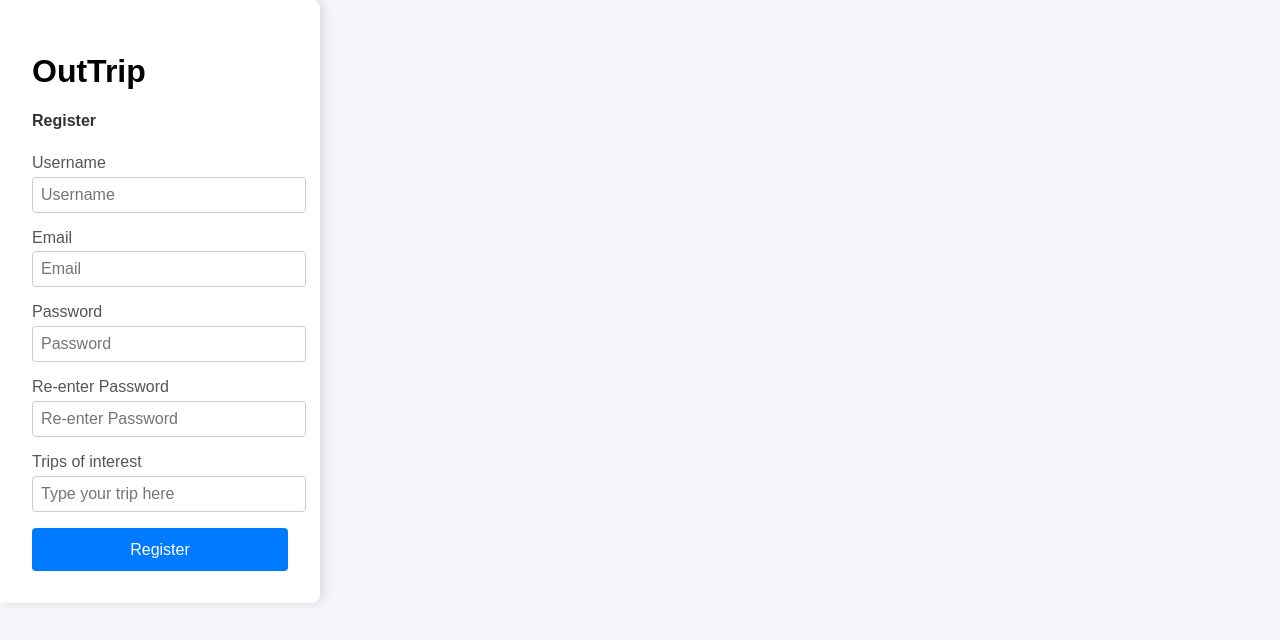
Repository: Nuttawut-Amattong/outtrip
Page: /register (app in OutTrip/)
The author's editor kept a copy of each file at every save. The page is drawn from the files as they stood at one save, then again after the next save.
The browser window is 1280 px wide. The pictures show the whole page.
The project was rebuilt for these pictures with package versions that can differ from the ones it lists, and the page was loaded fresh each time. Also part of the build but not shown: OutTrip/vite.config.js, OutTrip/src/pages/Login.jsx, OutTrip/src/pages/Forgetpass.jsx.

Above is the page before, as saved 2025-05-19 00:58:11.

### OutTrip/src/main.jsx
import { StrictMode } from 'react';
import { createRoot } from 'react-dom/client';
import { BrowserRouter, Routes, Route } from 'react-router-dom';
import Login from './pages/Login.jsx';
import Register from './pages/Register.jsx';
import Forgetpass from './pages/Forgetpass.jsx';

createRoot(document.getElementById('root')).render(
  <StrictMode>
    <BrowserRouter>
      <Routes>
        <Route path="/" element={<Login />} />
        <Route path="/register" element={<Register />} />
        <Route path="/forgot-password" element={<Forgetpass />} />
      </Routes>
    </BrowserRouter>
  </StrictMode>
);

### OutTrip/src/pages/Register.jsx
import React, { useState } from 'react';
import '../CSS/register.css';
const Register = () => {
    const [formData, setFormData] = useState({
        username: '',
        email: '',
        password: '',
        rePassword: '',
        trip: ''
    });

    const [error, setError] = useState('');

    const handleChange = (e) => {
        const { name, value } = e.target;
        setFormData({
            ...formData,
            [name]: value,
        });
        setError('');
    };

    const handleSubmit = (e) => {
        e.preventDefault();

        if (formData.password !== formData.rePassword) {
            setError('Passwords do not match');
            return;
        }

        console.log('Registering user:', formData);

    };

    return (
        <div className="register-container">
            <h1>OutTrip</h1>
            <h2>Register</h2>
            <form onSubmit={handleSubmit}>
                <div>
                    <label htmlFor="username">Username</label>
                    <input
                        type="text"
                        id="username"
                        name="username"
                        value={formData.username}
                        onChange={handleChange}
                        placeholder="Username"
                        required
                    />
                </div>
                <div>
                    <label htmlFor="email">Email</label>
                    <input
                        type="email"
                        id="email"
                        name="email"
                        value={formData.email}
                        onChange={handleChange}
                        placeholder="Email"
                        required
                    />
                </div>
                <div>
                    <label htmlFor="password">Password</label>
                    <input
                        type="password"
                        id="password"
                        name="password"
                        value={formData.password}
                        onChange={handleChange}
                        placeholder="Password"
                        required
                    />
                </div>
                <div>
                    <label htmlFor="rePassword">Re-enter Password</label>
                    <input
                        type="password"
                        id="rePassword"
                        name="rePassword"
                        placeholder="Re-enter Password"
                        value={formData.rePassword}
                        onChange={handleChange}
                        required
                    />
                </div>
                <div>
                    <label htmlFor="trip">Trips of interest</label>
                    <input
                        type="text"
                        id="trip"
                        name="trip"
                        value={formData.trip || ''}
                        onChange={(e) => setFormData({...formData, trip: e.target.value})}
                        placeholder="Type your trip here"
                        required
                    />
                </div>
                {error && <p style={{ color: 'red' }}>{error}</p>}  {/* แสดง error */}
                <button type="submit">Register</button>
            </form>
        </div>
    );
};

export default Register;

### OutTrip/src/CSS/login.css
body {
    font-family: Arial, sans-serif;
    margin: 0;
    padding: 0;
    background-color: #f4f4f9;
    display: block;
}

.login-container {
    background-color: #ffffff;
    padding: 2rem;
    border-radius: 0 8px 8px 0;
    box-shadow: 4px 0 10px rgba(0, 0, 0, 0.1);
    width: 100%;
    max-width: 320px;
    height: 100vh;
    box-sizing: border-box;
    position: fixed;
    left: 0;
    top: 0;
}

.login-container h1 {
    font-size: 1.8rem;
    margin-bottom: 1.5rem;
    color: #333333;
    text-align: center;
}

.login-container form {
    display: flex;
    flex-direction: column;
}

.login-container label {
    font-size: 0.9rem;
    margin-bottom: 0.5rem;
    color: #555555;
}

.login-container input[type="text"],
.login-container input[type="user"],
.login-container input[type="password"] {
    padding: 0.8rem;
    margin-bottom: 1rem;
    border: 1px solid #cccccc;
    border-radius: 4px;
    font-size: 1rem;
}

.login-container input[type="text"]:focus,
.login-container input[type="userl"]:focus,
.login-container input[type="password"]:focus {
    border-color: #007bff;
    outline: none;
}

.login-container button {
    padding: 0.8rem;
    background-color: #007bff;
    color: #ffffff;
    border: none;
    border-radius: 4px;
    font-size: 1rem;
    cursor: pointer;
    transition: background-color 0.3s ease;
}

.login-container button:hover {
    background-color: #0056b3;
}

.login-container .forgot-password {
    margin-top: 1rem;
    text-align: center;
}

.login-container .forgot-password a {
    color: #007bff;
    text-decoration: none;
    font-size: 0.9rem;
}

.login-container .forgot-password a:hover {
    text-decoration: underline;
}

.login-links {
    margin-top: 1rem;
    text-align: center;
    font-size: 0.85rem;
    color: #333333;
    display: flex;
    flex-direction: column;
    gap: 0.5rem;
}

.login-links a {
    color: inherit;
    text-decoration: none;
    cursor: pointer;
}

.login-links a:hover {
    text-decoration: underline;
}

### OutTrip/src/CSS/register.css
/* register.css */
body {
    font-family: Arial, sans-serif;
    margin: 0;
    padding: 0;
    background-color: #f4f4f9;
}

.register-container {
    background-color: #ffffff;
    padding: 2rem;
    border-radius: 0 8px 8px 0;
    box-shadow: 4px 0 10px rgba(0, 0, 0, 0.1);
    width: 100%;
    max-width: 320px;
    box-sizing: border-box;
    position: absolute;
    left: 0;
    top: 0;
}

.register-container h2 {
    font-size: 1rem;
    margin-bottom: 1.5rem;
    color: #333333;
    text-align: left; /* เปลี่ยนจาก center เป็น left */
    margin-left: 0;    /* ลบ margin ซ้ายถ้ามี */
}


.register-container form {
    display: flex;

    flex-direction: column;
}

.register-container label {
    font-size: 1rem;

    margin-bottom: 0.3rem;
    color: #555555;
    display: block;
}

.register-container input[type="text"],
.register-container input[type="email"],
.register-container input[type="password"] {
    padding: 0.5rem;
    margin-bottom: 1rem;
    border: 1px solid #cccccc;
    border-radius: 4px;
    font-size: 1rem;
    width: 100%;
}

.register-container input:focus {
    border-color: #007bff;
    outline: none;
}

.register-container button {
    padding: 0.8rem;
    background-color: #007bff;
    color: #ffffff;
    border: none;
    border-radius: 4px;
    font-size: 1rem;
    cursor: pointer;
    transition: background-color 0.3s ease;
}

.register-container button:hover {
    background-color: #0056b3;
}

.register-container p {
    font-size: 0.9rem;
    color: red;
    margin-top: -0.5rem;
    margin-bottom: 1rem;
}

### OutTrip/src/CSS/forgetpass.css
body {
    font-family: Arial, sans-serif;
    margin: 0;
    padding: 0;
    background-color: #f4f4f9;
    display: block;
}


.forgetpass-container {
    background-color: #ffffff;
    padding: 2rem;
    border-radius: 0 8px 8px 0;
    box-shadow: 4px 0 10px rgba(0, 0, 0, 0.1);
    width: 100%;
    max-width: 400px;
    height: 100vh;
    box-sizing: border-box;
    position: fixed;
    left: 0;
    top: 0;
}

.forgetpass-title {
    font-size: 1.5rem;
    font-weight: 600;
    color: #333;
    margin-bottom: 20px;
}

.forgetpass-form {
    width: 100%;
    display: flex;
    flex-direction: column;
}

.forgetpass-label {
    font-size: 0.9rem;
    color: #444;
    margin-bottom: 6px;
}

.forgetpass-input {
    padding: 10px;
    font-size: 1rem;
    border: 1px solid #ccc;
    border-radius: 5px;
    margin-bottom: 16px;
    outline: none;
    transition: border 0.2s;
}

.forgetpass-input:focus {
    border-color: #999;
}

.forgetpass-btn {
    background-color: #333;
    color: #fff;
    font-size: 1rem;
    font-weight: 500;
    border: none;
    border-radius: 5px;
    padding: 10px 0;
    cursor: pointer;
    transition: background-color 0.2s;
}

.forgetpass-btn:hover {
    background-color: #222;
}

.forgetpass-link {
    margin-top: 14px;
    font-size: 0.85rem;
    color: #666;
    text-align: center;
    text-decoration: none;
}

.forgetpass-link:hover {
    text-decoration: underline;
}

Loaded but not shown: OutTrip/index.html (common file)

After the next save:
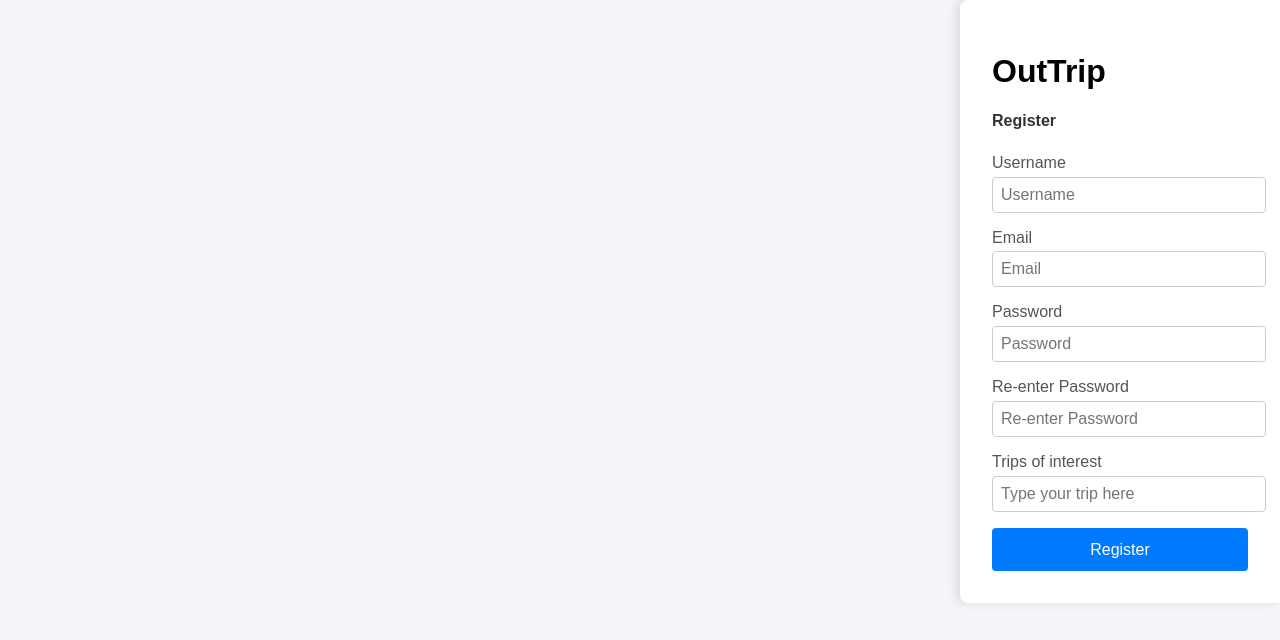
Saved 70 s later.
--- a/OutTrip/src/CSS/register.css
+++ b/OutTrip/src/CSS/register.css
@@ -9,13 +9,13 @@ body {
 .register-container {
     background-color: #ffffff;
     padding: 2rem;
-    border-radius: 0 8px 8px 0;
-    box-shadow: 4px 0 10px rgba(0, 0, 0, 0.1);
+    border-radius: 8px 0 0 8px;  /* ปรับมุมโค้งฝั่งซ้ายแทนขวา */
+    box-shadow: -4px 0 10px rgba(0, 0, 0, 0.1); /* เงาด้านซ้าย */
     width: 100%;
     max-width: 320px;
     box-sizing: border-box;
     position: absolute;
-    left: 0;
+    right: 0;   /* เปลี่ยนจาก left:0 เป็น right:0 */
     top: 0;
 }
 
